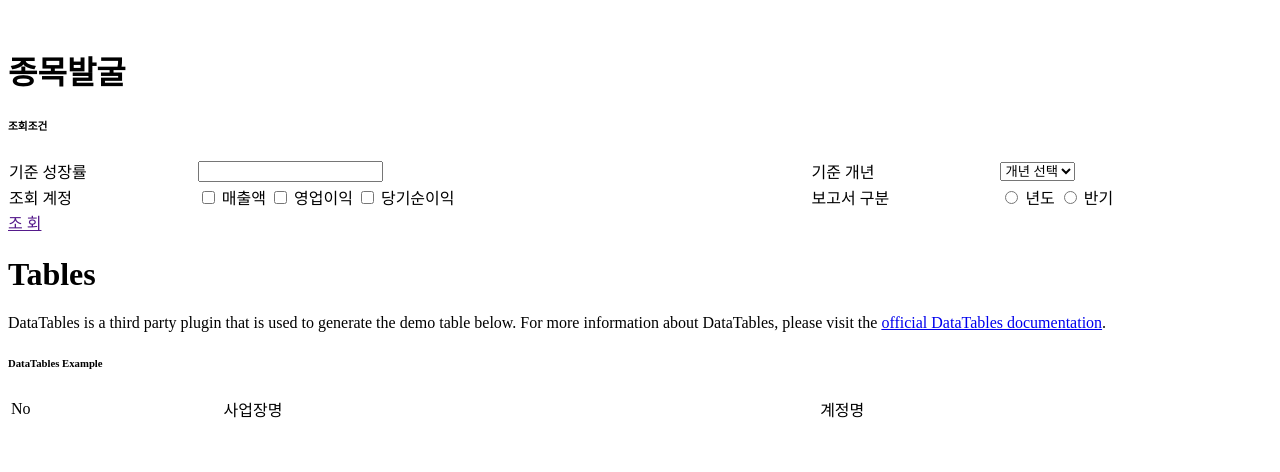
Repository: bangProgram/PJT_Finance
Page: http://localhost/Finance/WEB-INF/views/report/reportList.jsp
These files come from the project's save history. The page is drawn as it stood at one moment and after the next save; the edit follows.
The browser window is 1280 px wide. The pictures show the whole page.
The page is served by Tomcat 9. Nobody is signed in. The template is opened directly, without the code that normally fills it, so the values that code supplies are empty.

Above is the page before, as saved 2022-10-26 06:00:13.

After the next save:
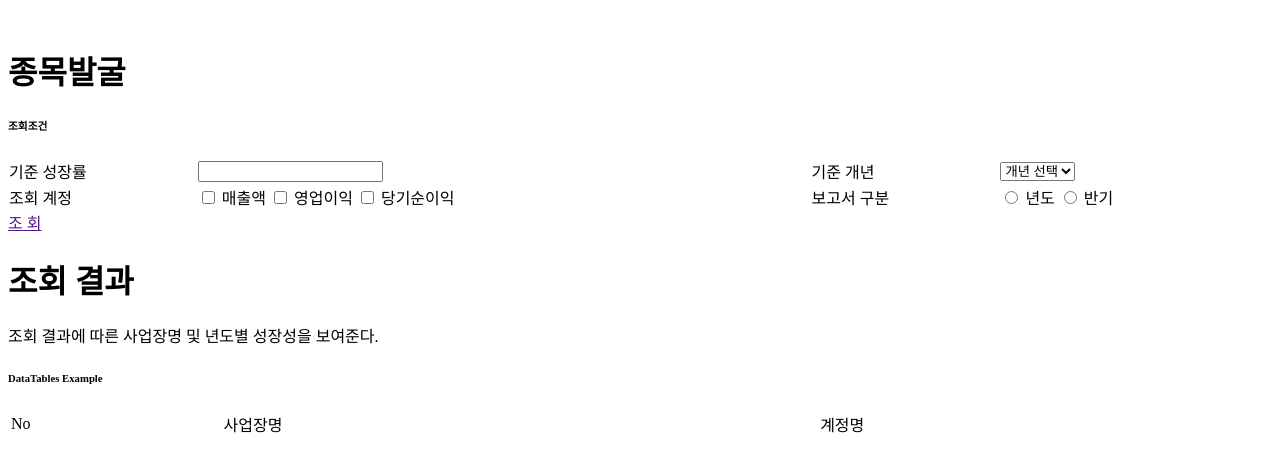
Saved 67 s later.
--- a/Finance/src/main/webapp/WEB-INF/views/report/reportList.jsp
+++ b/Finance/src/main/webapp/WEB-INF/views/report/reportList.jsp
@@ -137,10 +137,8 @@
 <div class="container-fluid">
 
 	<!-- Page Heading -->
-	<h1 class="h3 mb-2 text-gray-800">Tables</h1>
-	<p class="mb-4">DataTables is a third party plugin that is used to generate the demo table below.
-	    For more information about DataTables, please visit the <a target="_blank"
-	        href="https://datatables.net">official DataTables documentation</a>.</p>
+	<h1 class="h3 mb-2 text-gray-800">조회 결과</h1>
+	<p class="mb-4">조회 결과에 따른 사업장명 및 년도별 성장성을 보여준다. </p>
 
 	<!-- DataTales Example -->
     <div class="card shadow mb-4">
